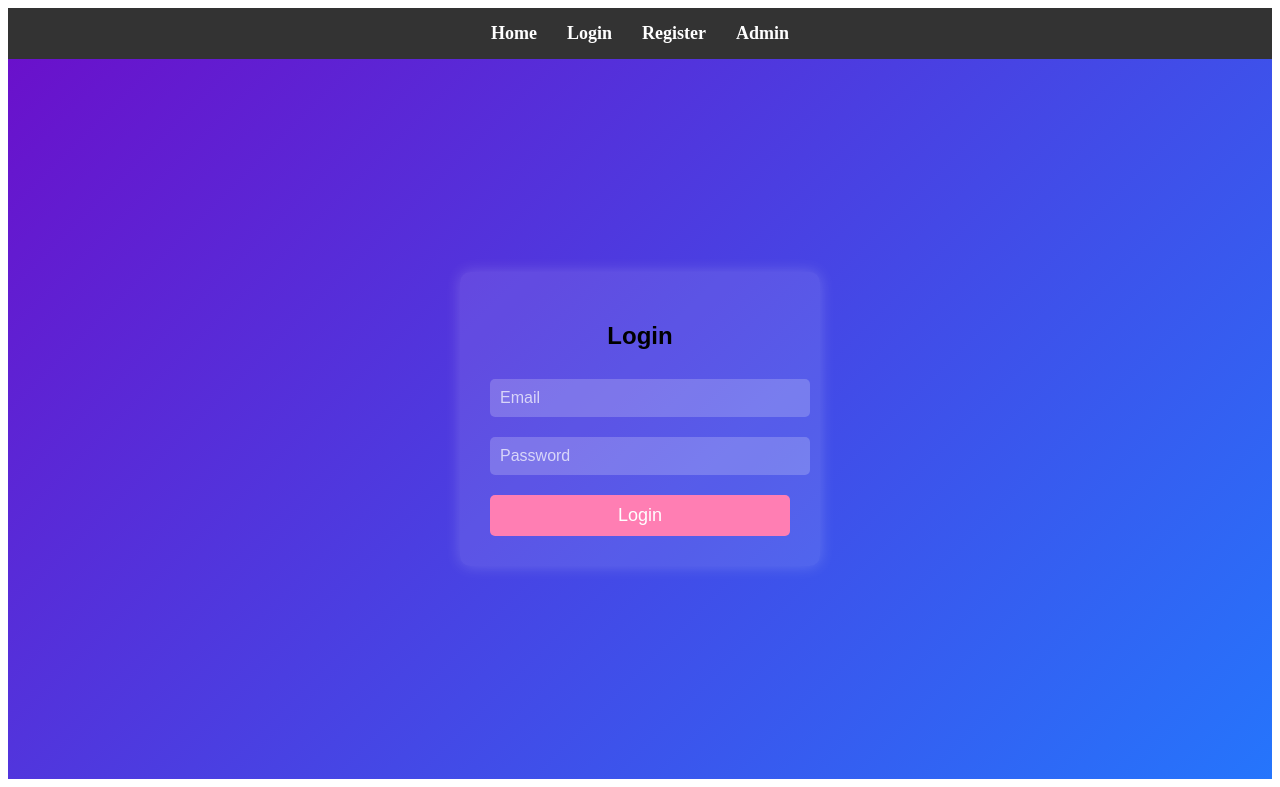
Repository: AhmedIbu/angular-login-app
Page: /login (app in angular-login-app/)
The author's editor kept a copy of each file at every save. The page is drawn from the files as they stood at one save, then again after the next save.
The browser window is 1280 px wide. The pictures show the whole page.
The project was rebuilt for these pictures with package versions that can differ from the ones it lists, and the page was loaded fresh each time. Also part of the build but not shown: angular-login-app/angular.json, angular-login-app/src/app/home/home.component.ts, angular-login-app/src/app/register/register.component.ts, angular-login-app/src/app/services/user.service.ts, angular-login-app/src/app/admin-dashboard/admin-dashboard.component.ts, angular-login-app/src/app/admin-login/admin-login.component.ts, angular-login-app/src/app/user-dashboard/user-dashboard.component.ts.

Above is the page before, as saved 2025-02-21 11:27:05.

### angular-login-app/src/index.html
<!doctype html>
<html lang="en">
<head>
  <meta charset="utf-8">
  <title>AngularLoginApp</title>
  <base href="/">
  <meta name="viewport" content="width=device-width, initial-scale=1">
  <link rel="icon" type="image/x-icon" href="favicon.ico">
</head>
<body>
  <app-root></app-root>
</body>
</html>

### angular-login-app/src/styles.css
/*  app components css   */

/* Style the navigation bar */
.navbar {
  background: #333;
  padding: 15px;
  text-align: center;
}

/* Style the list */
.nav-list {
  list-style: none;
  padding: 0;
  margin: 0;
  display: flex;
  justify-content: center;
}

/* Style the navigation links */
.nav-list li {
  margin: 0 15px;
}

.nav-link {
  text-decoration: none;
  color: white;
  font-size: 18px;
  font-weight: bold;
  transition: color 0.3s ease-in-out;
}

/* Hover effect */
.nav-link:hover {
  color: #385348;
}

/* Responsive design */
@media (max-width: 600px) {
  .nav-list {
    flex-direction: column;
  }

  .nav-list li {
    margin-bottom: 10px;
  }
}

### angular-login-app/src/main.ts
import { bootstrapApplication } from '@angular/platform-browser';
import { appConfig } from './app/app.config';
import { AppComponent } from './app/app.component';
import { provideHttpClient } from '@angular/common/http';

bootstrapApplication(AppComponent, {
  ...appConfig, // ✅ Spread existing config
  providers: [
    ...appConfig.providers, // ✅ Keep existing providers
    provideHttpClient() // ✅ Ensure HTTP client is provided
  ]
}).catch(err => console.error(err));

### angular-login-app/src/app/app.config.ts
import { ApplicationConfig } from '@angular/core';
import { provideRouter, Routes } from '@angular/router';
import { provideHttpClient } from '@angular/common/http';

// ✅ Import standalone components
import { HomeComponent } from './home/home.component';
import { LoginComponent } from './login/login.component';
import { RegisterComponent } from './register/register.component';
import { AdminDashboardComponent } from './admin-dashboard/admin-dashboard.component';
import { AdminLoginComponent } from './admin-login/admin-login.component';
import { UserDashboardComponent } from './user-dashboard/user-dashboard.component';

// ✅ Define routes
const routes: Routes = [
  { path: '', component: HomeComponent}, // Default route
  { path: 'login', component: LoginComponent },
  { path: 'register', component: RegisterComponent },
  { path: 'admin-login', component: AdminLoginComponent },
  { path: 'user-dashboard', component: UserDashboardComponent },
  { path: 'admin-dashboard', component: AdminDashboardComponent },
  { path: '**', redirectTo: 'user-dashboard' } // Catch-all for unknown routes
];

export const appConfig: ApplicationConfig = {
  providers: [
    provideRouter(routes),
    provideHttpClient()
  ]
};

### angular-login-app/src/app/app.component.ts
import { Component } from '@angular/core';
import { RouterModule } from '@angular/router';

@Component({
  selector: 'app-root',
  standalone: true,
  imports: [RouterModule],
  templateUrl: './app.component.html',
  styleUrls: ['./app.component.css','../styles.css']
})
export class AppComponent { }

### angular-login-app/src/app/login/login.component.ts
import { Component, OnInit } from '@angular/core';
import { Router } from '@angular/router';
import { AuthService } from '../services/auth.service';
import { CommonModule } from '@angular/common';
import { FormGroup, FormBuilder, ReactiveFormsModule, Validators } from '@angular/forms';

@Component({
  selector: 'app-login',
  standalone: true,
  templateUrl: './login.component.html',
  styleUrls: ['./login.component.css'],
  imports: [CommonModule, ReactiveFormsModule]
})
export class LoginComponent implements OnInit {

  loginForm!: FormGroup;
  errorMessage = '';
  loading = false;  // ✅ Added loading state

  constructor(
    private fb: FormBuilder,
    private authService: AuthService,
    private router: Router
  ) {}

  ngOnInit() {
    // ✅ Initialize the login form with validation
    this.loginForm = this.fb.group({
      email: ['', [Validators.required, Validators.email]],  // Email validation
      password: ['', [Validators.required, Validators.minLength(4)]]  // Password min length: 6
    });
  }

  onLogin() {
    if (this.loginForm.invalid) {
      this.loginForm.markAllAsTouched(); // ✅ Highlight invalid fields
      return;
    }

    this.loading = true;
    this.errorMessage = '';

    const loginData = this.loginForm.value;
    console.log('📨 Sending Login Data:', loginData);

    this.authService.login(loginData).subscribe({
      next: (response: any) => {
        console.log('✅ Login Successful:', response);
        alert('Login successful!');
        this.router.navigate(['/dashboard']);
      },
      error: (error) => {
        console.error('🔥 API Error:', error);
        this.errorMessage = error.error?.message || 'Login failed. Try again.';
        alert(this.errorMessage);
      },
      complete: () => {
        this.loading = false;
      }
    });
  }
}

### angular-login-app/src/app/app.component.html
<nav class="navbar">
  <ul class="nav-list">
    <li><a routerLink="/" class="nav-link">Home</a></li>
    <li><a routerLink="/login" class="nav-link">Login</a></li>
    <li><a routerLink="/register" class="nav-link">Register</a></li>
    <li><a routerLink="/admin-login" class="nav-link">Admin</a></li>
  </ul>
</nav>

<router-outlet></router-outlet>

### angular-login-app/src/app/login/login.component.html
<div class="login-container">
  <div class="login-box">
    <h2>Login</h2>
      <form [formGroup]="loginForm" (ngSubmit)="onLogin()">
        <input type="email" formControlName="email" placeholder="Email" required />
        <input type="password" formControlName="password" placeholder="Password" required />
        <button type="submit" class="login-btn" >Login</button>
    </form>
  </div>
</div>
<p *ngIf="errorMessage" style="color: red;">{{ errorMessage }}</p>

### angular-login-app/src/app/login/login.component.css
/* Centering the login form */
.login-container {
  display: flex;
  justify-content: center;
  align-items: center;
  height: 100vh;
  background: linear-gradient(135deg, #6a11cb, #2575fc); /* Same gradient as register */
  font-family: "Poppins", sans-serif;
}

/* Login form styling */
.login-box {
  background: rgba(255, 255, 255, 0.1);
  padding: 30px;
  border-radius: 10px;
  box-shadow: 0 0 15px rgba(255, 255, 255, 0.2);
  width: 300px;
  text-align: center;
}

/* Input fields */
.login-box input {
  width: 100%;
  padding: 10px;
  margin: 10px 0;
  border: none;
  border-radius: 5px;
  background: rgba(255, 255, 255, 0.2);
  color: #fff;
  font-size: 16px;
  outline: none;
}

/* Placeholder text */
.login-box input::placeholder {
  color: rgba(255, 255, 255, 0.7);
}

/* Login button */
.login-box button {
  width: 100%;
  padding: 10px;
  margin-top: 10px;
  border: none;
  border-radius: 5px;
  background: #ff7eb3; /* Matching register button color */
  color: white;
  font-size: 18px;
  cursor: pointer;
  transition: 0.3s ease-in-out;
}

/* Button hover effect */
.login-box button:hover {
  background: #ff4f8b;
  transform: scale(1.05);
}

/* Forgot password & Register links */
.login-box p {
  margin-top: 10px;
  font-size: 14px;
  color: white;
}

.login-box a {
  color: #ffb3d9;
  text-decoration: none;
  font-weight: bold;
}

.login-box a:hover {
  text-decoration: underline;
}

### angular-login-app/src/app/services/auth.service.ts
import { Injectable } from '@angular/core';
import { HttpClient, HttpHeaders } from '@angular/common/http';
import { Observable, BehaviorSubject, of } from 'rxjs';
import { map, catchError, tap } from 'rxjs/operators';

@Injectable({
  providedIn: 'root'
})
export class AuthService {
  private apiUrl = 'http://127.0.0.1:5000'; // ✅ Flask API URL
  private isAuthenticated = new BehaviorSubject<boolean>(this.hasToken());

  constructor(private http: HttpClient) {}

  // ✅ Regular User Login (API)
  login(credentials: { email: string; password: string }): Observable<{ success: boolean; token?: string; isAdmin?: boolean }> {
    const headers = new HttpHeaders({ 'Content-Type': 'application/json' });

    return this.http.post<{ token: string; isAdmin: boolean }>(`${this.apiUrl}/login`, credentials, { headers }).pipe(
      tap(response => console.log('✅ User Login API Response:', response)), // ✅ Log API response
      map(response => {
        if (response.token) {
          this.saveToken(response.token);
          localStorage.setItem('isAdmin', JSON.stringify(response.isAdmin));
          return { success: true, token: response.token, isAdmin: response.isAdmin };
        }
        return { success: false };
      }),
      catchError(error => {
        console.error('❌ Login Error:', error);
        return of({ success: false });
      })
    );
  }

  // ✅ Admin Login (API Call)
  adminLogin(email: string, password: string): Observable<{ success: boolean; token?: string }> {
    const headers = new HttpHeaders({ 'Content-Type': 'application/json' });

    return this.http.post<{ success: boolean; token?: string }>(`${this.apiUrl}/admin-login`, { email, password }, { headers }).pipe(
      tap(response => console.log('✅ Admin Login API Response:', response)), // ✅ Log API response
      map(response => {
        if (response.success && response.token) {
          this.saveToken(response.token);
          localStorage.setItem('admin', 'true'); // ✅ Save admin status
          return { success: true, token: response.token };
        }
        return { success: false };
      }),
      catchError(error => {
        console.error('❌ Admin Login Error:', error);
        return of({ success: false });
      })
    );
  }

  // ✅ Save Token
  saveToken(token: string) {
    localStorage.setItem('token', token);
    this.isAuthenticated.next(true);
  }

  // ✅ Retrieve Token
  getToken(): string | null {
    return localStorage.getItem('token');
  }

  // ✅ Check if Token Exists
  hasToken(): boolean {
    return !!localStorage.getItem('token');
  }

  // ✅ Check if Admin is Logged In
  isAdmin(): boolean {
    return localStorage.getItem('admin') === 'true' && this.hasToken();
  }

  // ✅ User Registration
  register(userData: any): Observable<any> {
    return this.http.post(`${this.apiUrl}/register`, userData).pipe(
      tap(response => {
        console.log('✅ Registration successful', response);
        alert('Registration successful! You can now log in.');
      }),
      catchError(error => {
        console.error('❌ Registration failed', error);
        alert('Registration failed. Try again.');
        return of(null);
      })
    );
  }

  // ✅ Logout & Clear Everything
  logout() {
    localStorage.removeItem('token');
    localStorage.removeItem('admin');
    this.isAuthenticated.next(false);
    window.location.reload(); // 🔹 Force refresh to clear session issues
  }

  // ✅ Observe Auth Status (for Guards)
  isAuthenticated$(): Observable<boolean> {
    return this.isAuthenticated.asObservable();
  }
}

Loaded but not shown: angular-login-app/src/app/app.component.css (no stored copy; drawn as an empty file)

After the next save:
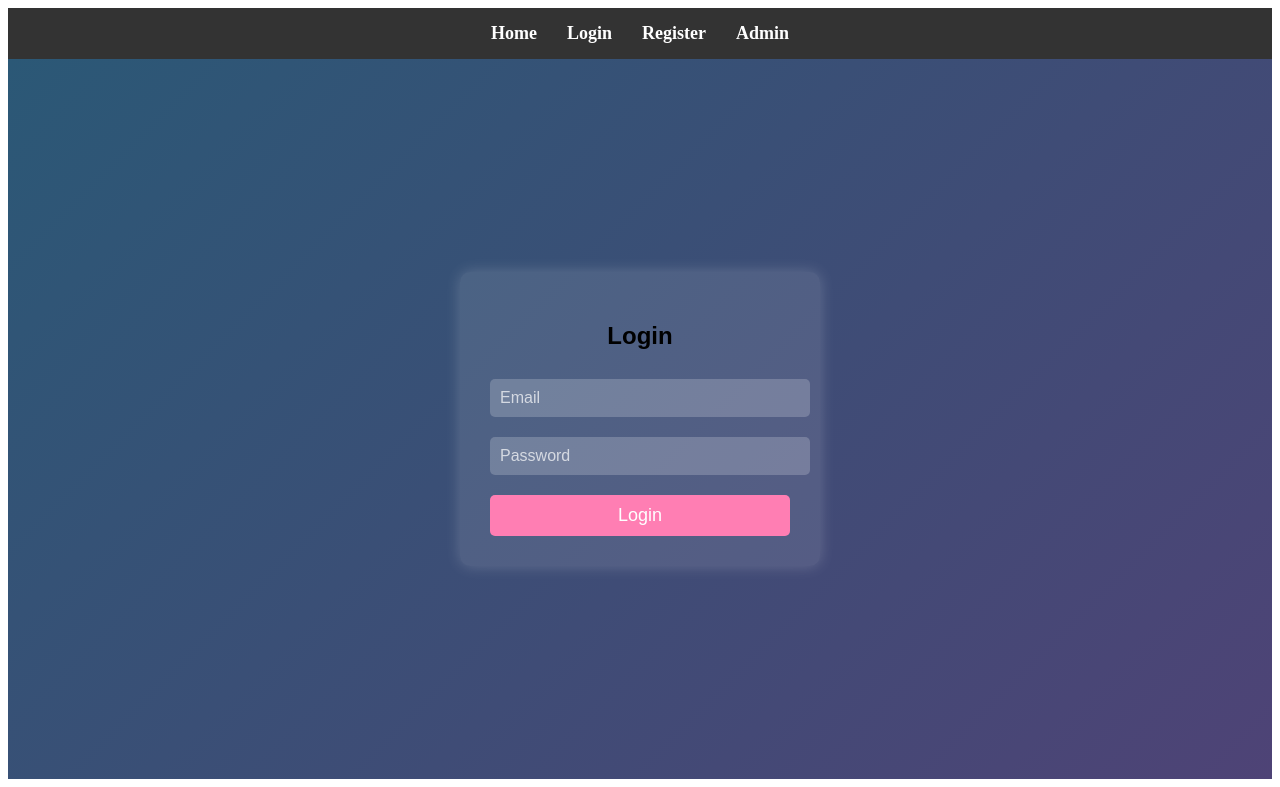
Saved 60 s later.
--- a/angular-login-app/src/app/login/login.component.css
+++ b/angular-login-app/src/app/login/login.component.css
@@ -4,7 +4,7 @@
   justify-content: center;
   align-items: center;
   height: 100vh;
-  background: linear-gradient(135deg, #6a11cb, #2575fc); /* Same gradient as register */
+  background: linear-gradient(135deg, #2b5876, #4e4376); /* Same gradient as register */
   font-family: "Poppins", sans-serif;
 }
 
